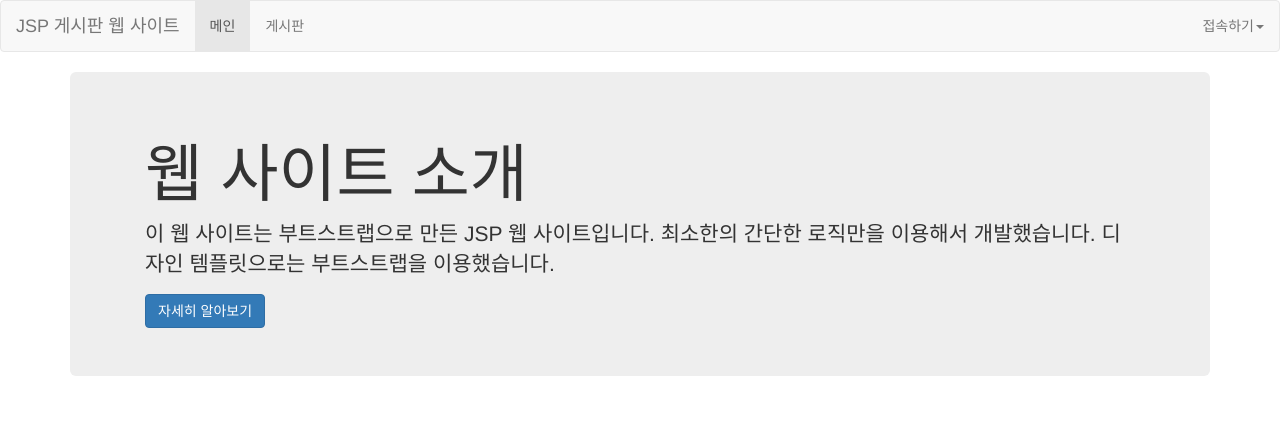
Repository: jsj961/bulletin-board-system
Page: http://localhost/BBS/main.jsp
These files come from the project's save history. The page is drawn as it stood at one moment and after the next save; the edit follows.
The browser window is 1280 px wide. The pictures show the whole page.
Some web libraries are served in a nearby version. The page is served by Tomcat 9.

Above is the page before, as saved 2021-07-02 08:22:46.

After the next save:
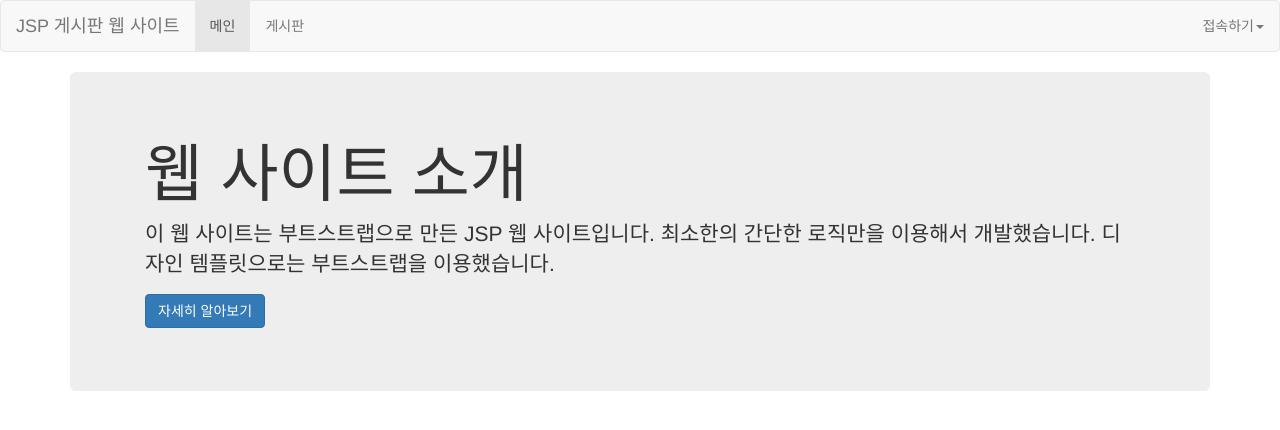
Saved 21 s later.
--- a/BBS/src/main/webapp/main.jsp
+++ b/BBS/src/main/webapp/main.jsp
@@ -69,7 +69,7 @@
 			<div class="container">
 				<h1>웹 사이트 소개</h1>
 				<p>이 웹 사이트는 부트스트랩으로 만든 JSP 웹 사이트입니다. 최소한의 간단한 로직만을 이용해서 개발했습니다. 디자인 템플릿으로는 부트스트랩을 이용했습니다.</p>
-				<a class="btn btn-primary btn-pull" href="#" role="button">자세히 알아보기</a>
+				<p><a class="btn btn-primary btn-pull" href="#" role="button">자세히 알아보기</a></p>
 			</div>
 		</div>
 	</div>
